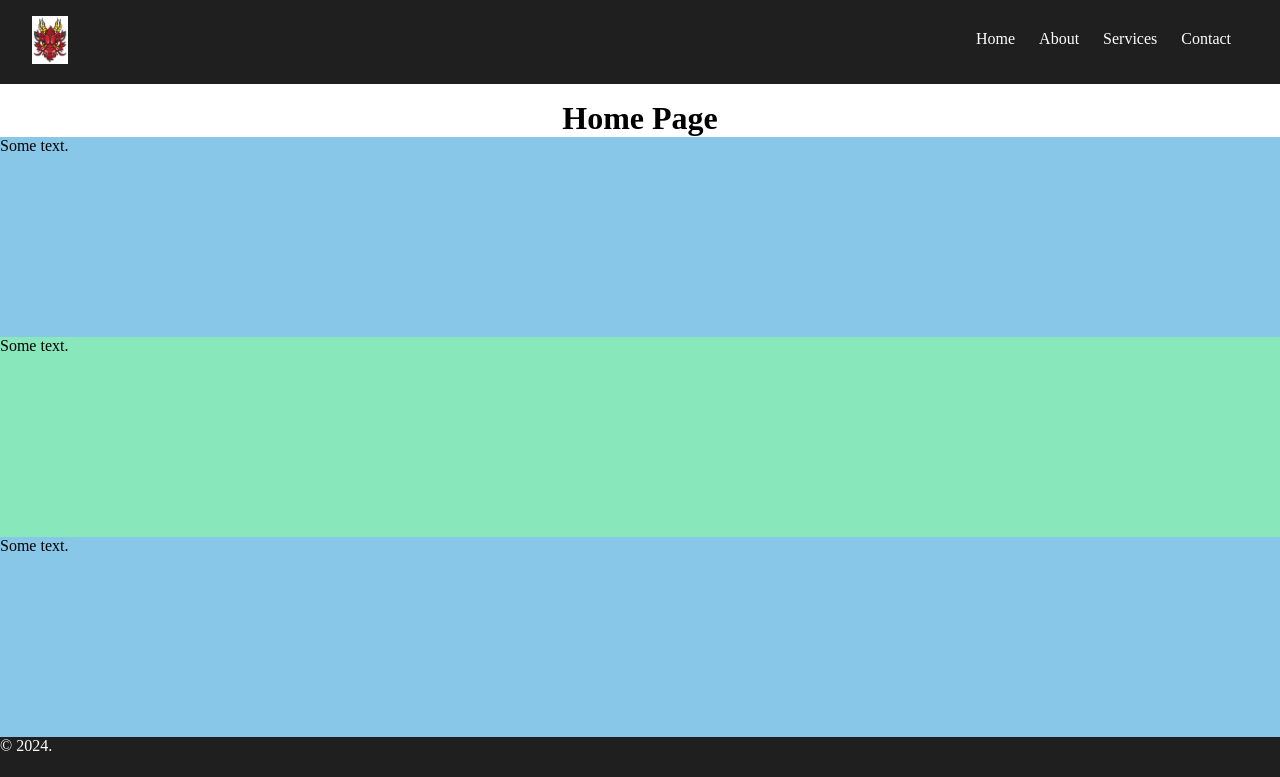
Repository: andreamm-lab/css-positioning-examples-2025-10
Page: index.html
The author's editor kept a copy of each file at every save. The page is drawn from the files as they stood at one save, then again after the next save.
The browser window is 1280 px wide. The pictures show the whole page.

Above is the page before, as saved 2025-11-07 01:06:31.

After the next save:
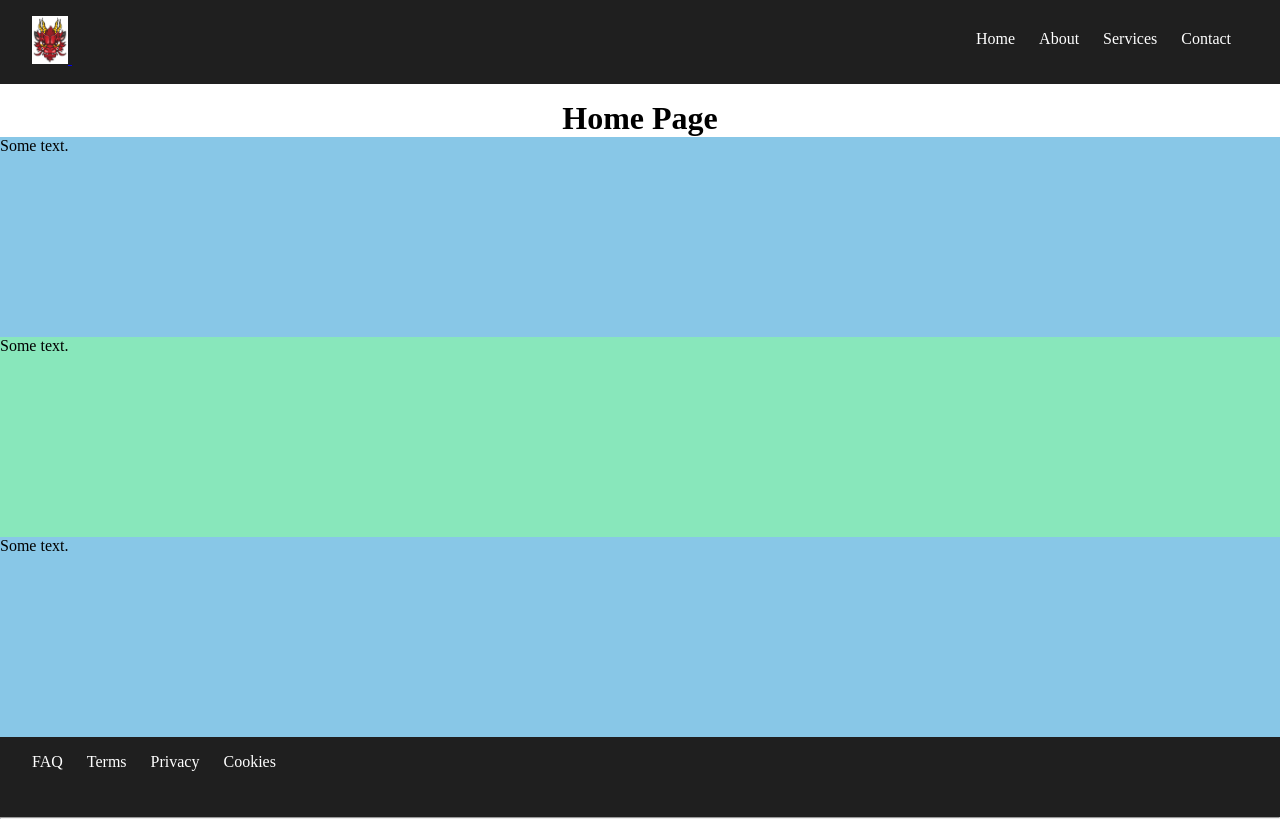
Saved 3 days later.
--- a/index.html
+++ b/index.html
@@ -8,14 +8,18 @@
 </head>
 <body>
   <header>
-    <nav>
-      <a href="#"><img src="./images/dragon.png" alt="Dragon logo"></a>
+    <!-- Primary navigation -->
+    <nav aria-label="Primary navigation">
+      <a href="./index.html">
+        <img src="./images/dragon.png" alt="Dragon logo">
+      </a>
       <span class="spacer"></span>
       <ul>
         <li class="current"><a href="./index.html">Home</a></li>
         <li><a href="./pages/about.html">About</a></li>
         <li id="services-li">
           <a href="./pages/services.html">Services</a>
+          <!-- Submenu -->
           <ul id="services-menu">
             <li><a href="#">Gardening</a></li>
             <li><a href="#">Landscaping</a></li>
@@ -28,8 +32,9 @@
     </nav>
   </header>
 
-  <main>
-    <h1 style="text-align: center;">Home Page</h1>
+  <main class="home-main">
+    <h1 id="page-title" style="text-align: center;">Home Page</h1>
+
     <section class="section-a">
       <p>Some text.</p>
     </section>
@@ -41,8 +46,20 @@
     </section>
   </main>
 
-  <footer>
-    <p>&copy; 2024.</p>
+  <!------------------------------------- Footer ------------------------------------->
+  <footer id="main-footer">
+    <nav aria-label="Footer navigation">
+      <ul>
+        <li><a href="#">FAQ</a></li>
+        <li><a href="#">Terms</a></li>
+        <li><a href="#">Privacy</a></li>
+        <li><a href="#">Cookies</a></li>
+      </ul>
+    </nav>
+
+    <hr class="footer-line">
+
+    <p>© 2024 My Website</p>
   </footer>
 </body>
 </html>
